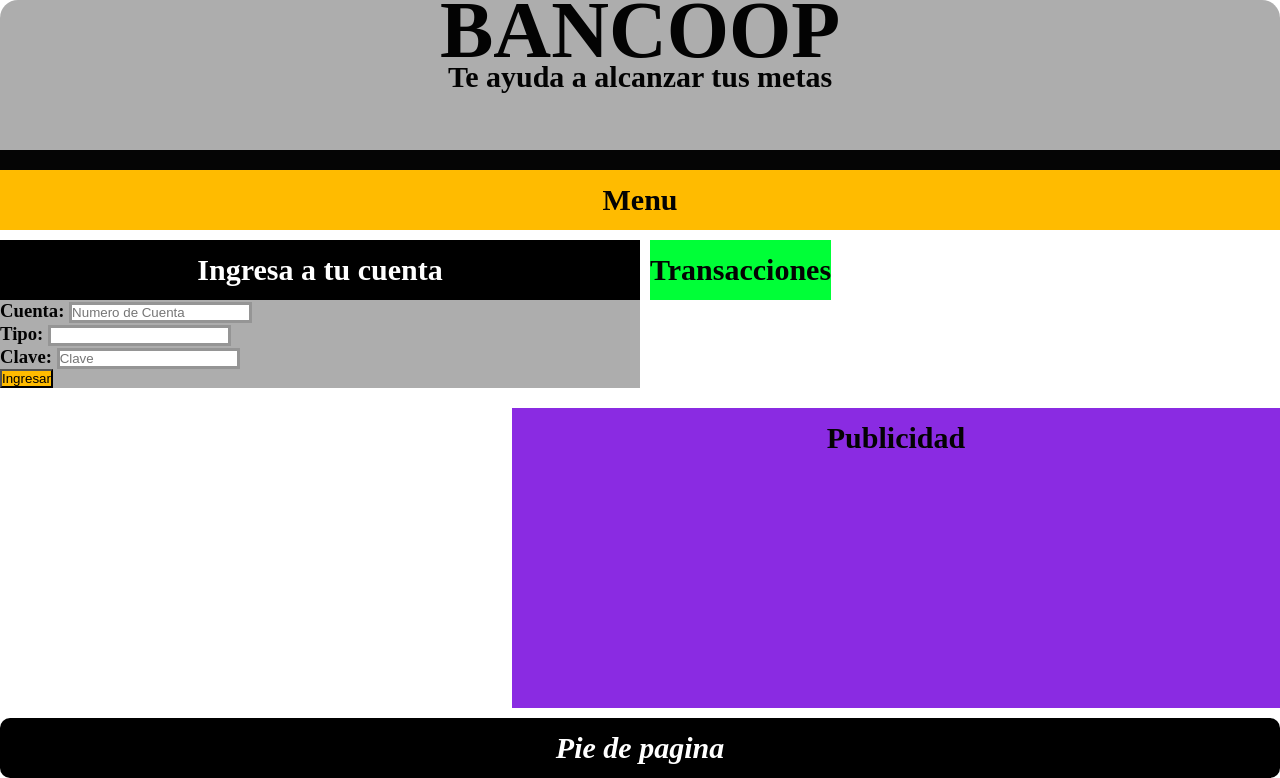
Repository: NickArregoces/BANCOOP
Page: Index.html
The author's editor kept a copy of each file at every save. The page is drawn from the files as they stood at one save, then again after the next save.
The browser window is 1280 px wide. The pictures show the whole page.

Above is the page before, as saved 2021-09-29 16:41:46.

After the next save:
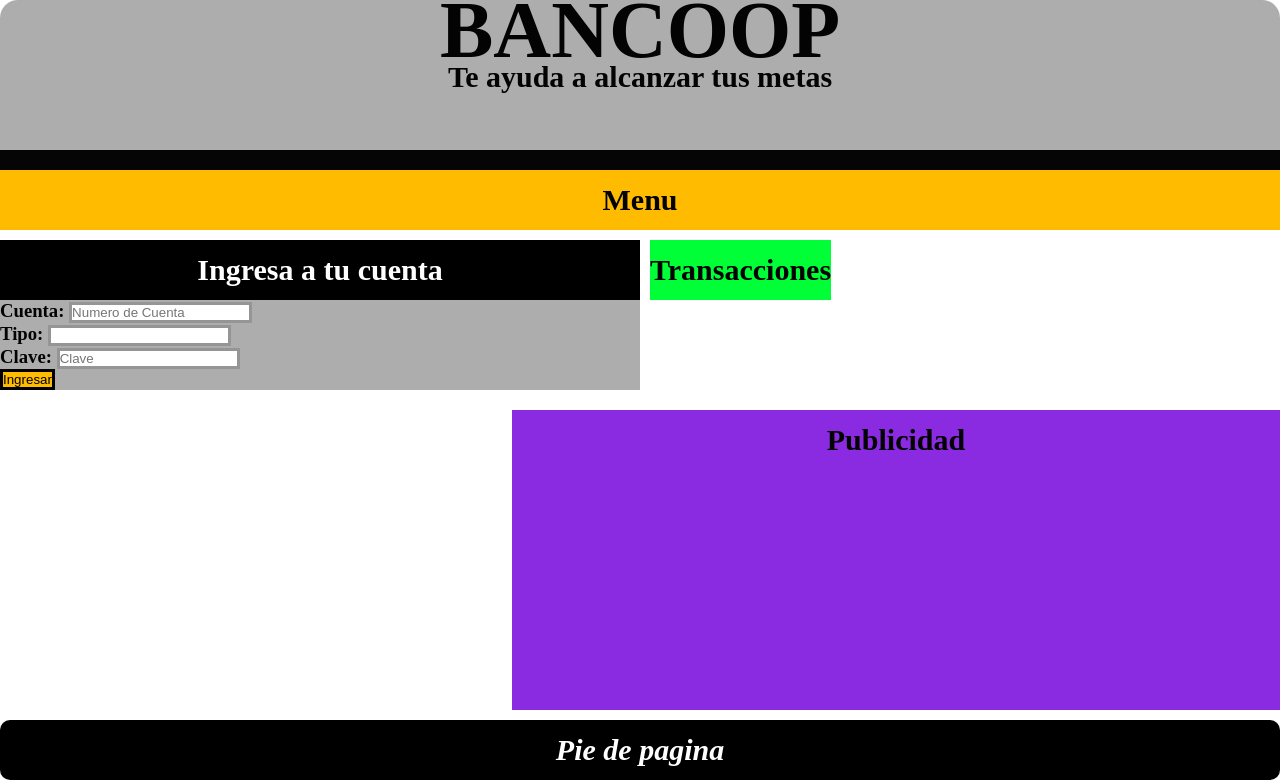
Saved 16 s later.
--- a/CSS/Style.css
+++ b/CSS/Style.css
@@ -58,6 +58,7 @@ form{
     button{
         background-position: center;
         background: rgb(255, 187, 0);
+        border: solid black;
     }
 
 article {
